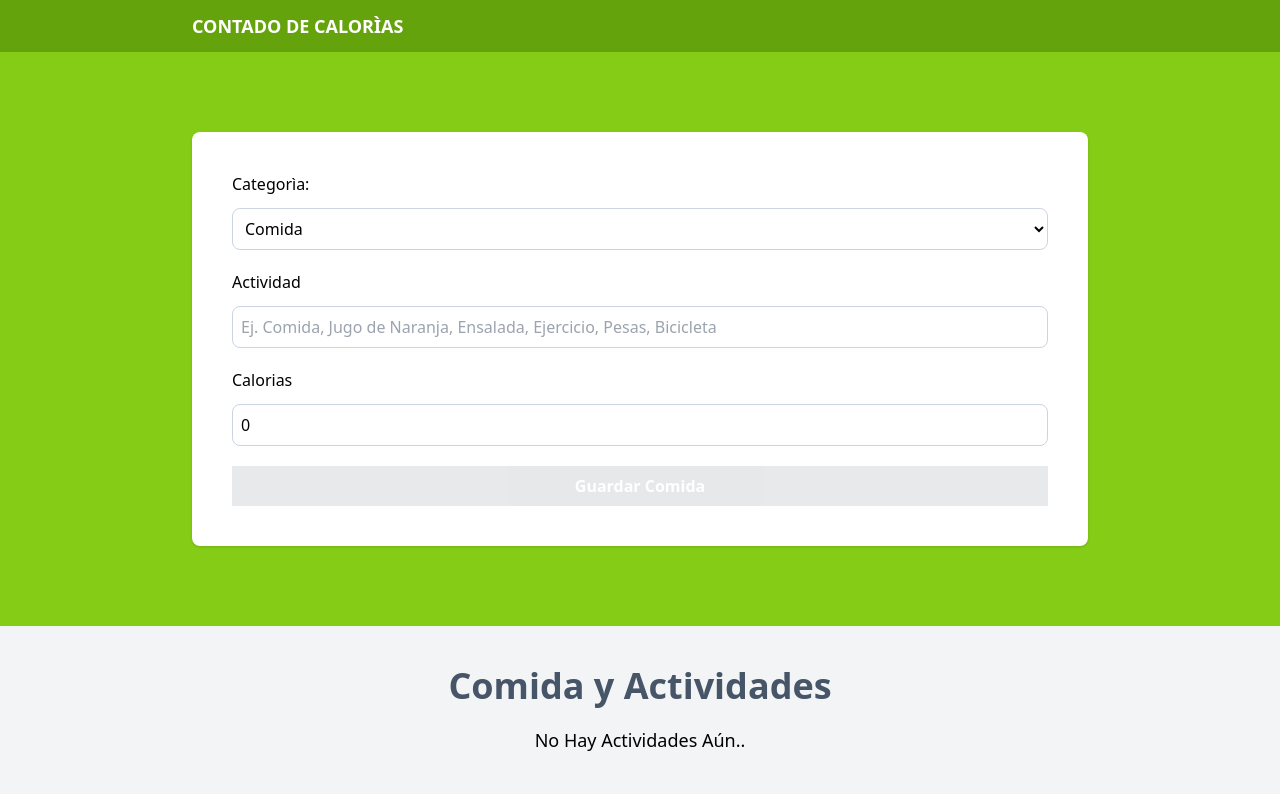
Repository: Matiiu/calorie-tracker
Page: /
The author's editor kept a copy of each file at every save. The page is drawn from the files as they stood at one save, then again after the next save.
The browser window is 1280 px wide. The pictures show the whole page.
The project was rebuilt for these pictures with package versions that can differ from the ones it lists, and the page was loaded fresh each time. Also part of the build but not shown: vite.config.ts.

Above is the page before, as saved 2024-04-01 17:57:21.

### index.html
<!doctype html>
<html lang="en">
  <head>
    <meta charset="UTF-8" />
    <link rel="icon" type="image/svg+xml" href="/vite.svg" />
    <meta name="viewport" content="width=device-width, initial-scale=1.0" />
    <title>Contador de Calorías - React</title>
  </head>
  <body>
    <div id="root"></div>
    <script type="module" src="/src/main.tsx"></script>
  </body>
</html>

### src/App.tsx
import { useReducer } from "react";

import Header from "./components/Header";
import Form from "./components/Form";
import ActivityList from "./components/ActivityList";

import { activityReducer, initialState } from "./reducers/activityReducer";
export default function App() {
  const [state, dispatch] = useReducer(activityReducer, initialState);

  return (
    <>
      <Header />

      <section className="bg-lime-500 py-20 px-5">
        <div className="max-w-4xl mx-auto">
          <Form
            dispatch={dispatch}
            state={state}
          />
        </div>
      </section>

      <section className="py-10 bg-gray-100">
        <div className="mx-auto max-w-4xl">
          <ActivityList
            activities={state.activities}
            dispatch={dispatch}
          />
        </div>
      </section>
    </>
  );
}

### src/components/Header.tsx
export default function Header() {
  return (
    <header className="bg-lime-600 py-3">
      <div className="max-w-4xl mx-auto flex justify-between">
        <h1 className="text-center text-lg font-bold text-white uppercase">
          Contado de Calorìas
        </h1>
      </div>
    </header>
  );
}

### src/components/Form.tsx
import { useState, ChangeEvent, FormEvent, Dispatch, useEffect } from "react";
import { v4 as uuid } from "uuid";

import { categories } from "../data/categories";
import type { Activity, Category } from "../types";
import { ActivityActions, ActivityState } from "../reducers/activityReducer";

type FormProps = {
  dispatch: Dispatch<ActivityActions>;
  state: ActivityState;
};

export default function Form({ dispatch, state }: FormProps) {
  const initialState: Activity = {
    id: uuid(),
    category: 1,
    activityName: "",
    calories: 0,
  };

  // Convertimos las calorías en un objeto donde el id en la llave y el nombre el valor
  const categoriesObject = categories.reduce(
    (accumulator: Record<Category["id"], Category["name"]>, current) => {
      accumulator[current.id] = current.name;
      return accumulator;
    },
    {}
  );

  const [activity, setActivity] = useState<Activity>({ ...initialState });

  useEffect(() => {
    if (state.activeId) {
      const selectActivities: Activity = state.activities.filter(
        stateActivity => stateActivity.id === state.activeId
      )[0];
      setActivity(selectActivities);
    }
  }, [state.activeId]);

  const handleChange = (
    e: ChangeEvent<HTMLInputElement | HTMLSelectElement>
  ) => {
    // Validamos si es un campo numérico
    const isNumberFiled = ["category", "calories"].includes(e.target.id);
    // Si lo es convertimos el dato a numérico
    setActivity({
      ...activity,
      [e.target.id]: isNumberFiled ? +e.target.value : e.target.value,
    });
  };

  const isValidateActivity = () => {
    const { activityName, calories } = activity;
    // Validamos que el campo actividad y calorías estén diligenciados
    return !!(activityName || "").trim() && calories > 0;
  };

  const nameSubmit = () => {
    // Accedemos a la posición llave de nuestro objeto categoriesObject con el valor de activity.category y retornamos el valor
    return `Guardar ${categoriesObject[activity.category]}`;
  };

  const handleSubmit = (e: FormEvent<HTMLFormElement>) => {
    e.preventDefault();
    dispatch({
      type: "save-activity",
      payload: { newActivity: activity },
    });
    // Limpiar el formulario una vez enviado
    setActivity({ ...initialState });
  };

  return (
    <form
      onSubmit={handleSubmit}
      className="space-y-5 bg-white shadow p-10 rounded-lg"
    >
      <div className="grid grid-cols-1 gap-3">
        <label htmlFor="category">Categorìa:</label>
        <select
          name="category"
          id="category"
          className="border border-slate-300 p-2 rounded-lg w-full bg-white"
          value={activity.category}
          onChange={handleChange}
        >
          {categories.map((category) => (
            <option key={category.id} value={category.id}>
              {category.name}
            </option>
          ))}
        </select>
      </div>

      <div className="grid grid-cols-1 gap-3">
        <label htmlFor="activityName">Actividad</label>
        <input
          id="activityName"
          name="activityName"
          type="text"
          className="border border-slate-300 p-2 rounded-lg"
          placeholder="Ej. Comida, Jugo de Naranja, Ensalada, Ejercicio, Pesas, Bicicleta"
          value={activity.activityName}
          onChange={handleChange}
        />
      </div>

      <div className="grid grid-cols-1 gap-3">
        <label htmlFor="calories">Calorias</label>
        <input
          id="calories"
          name="calories"
          type="number"
          className="border border-slate-300 p-2 rounded-lg"
          placeholder="Ej. 300 o 500"
          min={0}
          value={activity.calories}
          onChange={handleChange}
        />
      </div>

      <input
        type="submit"
        className="bg-gray-800 hover:bg-gray-900 w-full p-2 font-bold text-white cursor-pointer disabled:opacity-10 disabled:cursor-auto"
        value={nameSubmit()}
        disabled={!isValidateActivity()}
      />
    </form>
  );
}

### src/components/ActivityList.tsx
import { Dispatch, useMemo } from "react";

import { PencilSquareIcon, XCircleIcon } from "@heroicons/react/24/outline";

import type { Activity, Category } from "../types";
import { categories } from "../data/categories";
import { ActivityActions } from "../reducers/activityReducer";

type ActivityListprops = {
  activities: Activity[];
  dispatch: Dispatch<ActivityActions>;
};

export default function ActivityList({
  activities,
  dispatch,
}: ActivityListprops) {
  // Convertimos las calorías en un objeto donde el id en la llave y el nombre el valor
  const categoriesObject = categories.reduce(
    (accumulator: Record<Category["id"], Category["name"]>, current) => {
      accumulator[current.id] = current.name;
      return accumulator;
    },
    {}
  );

  const activitiesAreEmpty = useMemo(() =>  !activities.length ,[activities]);

  const categoryName = (id: Category["id"]) => {
    // Accedemos a la posición llave de nuestro objeto categoriesObject con el valor de activity.category y retornamos el valor
    return categoriesObject[id];
  };

  const handleRemove = (id: Activity["id"]) => {
    const cancelConfirmation = window.confirm(
      "¿Estás seguro de que deseas eliminar la actividad?"
    );

    if (cancelConfirmation) {
      dispatch({ type: "delete-activity", payload: { id } });
    }
  };

  return (
    <>
      <h2 className="text-4xl font-bold text-slate-600 text-center">
        Comida y Actividades
      </h2>

      {activitiesAreEmpty ? (
        <p className="text-center mt-5 text-lg">No Hay Actividades Aún..</p>
      ) : (
        activities.map((activity) => (
          <div
            key={activity.id}
            className="px-5 py-10 bg-white mt-5 flex justify-between"
          >
            <div className="space-y-2 relative">
              <p
                className={`absolute -top-8 -left-8 px-10 py-2 text-white uppercase font-bold ${
                  activity.category === 1 ? "bg-lime-500" : "bg-orange-500"
                }`}
              >
                {categoryName(activity.category)}
              </p>
              <p className="text-2xl font-bold pt-5">{activity.activityName}</p>
              <p className="font-black text-4xl text-lime-500">
                {" "}
                {activity.calories}
              </p>
            </div>

            <div className="flex gap-5 items-center">
              <button
                onClick={() =>
                  dispatch({
                    type: "set-activeId",
                    payload: { id: activity.id },
                  })
                }
              >
                <PencilSquareIcon className="h-8 w-8 text-gray-800" />
              </button>

              <button onClick={() => handleRemove(activity.id)}>
                <XCircleIcon className="h-8 w-8 text-red-500" />
              </button>
            </div>
          </div>
        ))
      )}
    </>
  );
}

### src/reducers/activityReducer.ts
import type { Activity } from "../types";

export type ActivityActions =
  | { type: "save-activity"; payload: { newActivity: Activity } }
  | { type: "set-activeId"; payload: { id: Activity["id"] } }
  | { type: "delete-activity"; payload: { id: Activity["id"] } };

export type ActivityState = {
  activities: Activity[];
  activeId: Activity["id"];
};

export const initialState: ActivityState = {
  activities: [],
  activeId: "",
};

export function activityReducer(
  state: ActivityState = initialState,
  action: ActivityActions
) {
  if (action.type === "save-activity") {
    let updateActivities: Activity[] = [];
    if (state.activeId) {
      updateActivities = state.activities.map((activity) =>
        activity.id === state.activeId ? action.payload.newActivity : activity
      );
    } else {
      updateActivities = [...state.activities, action.payload.newActivity];
    }
    return {
      ...state,
      activities: updateActivities,
      activeId: "",
    };
  }

  if (action.type === "set-activeId") {
    return {
      ...state,
      activeId: action.payload.id,
    };
  }

  if (action.type === "delete-activity") {
    return {
      ...state,
      activities: state.activities.filter(
        (activity) => activity.id !== action.payload.id
      ),
    };
  }

  return state;
}

### src/data/categories.ts
import { Category } from "../types";

export const categories: Category[] = [
  { id: 1, name: "Comida" },
  { id: 2, name: "Ejercicio" },
];

Loaded but not shown: src/main.tsx (common file); src/index.css (common file); tailwind.config.js (common file)

After the next save:
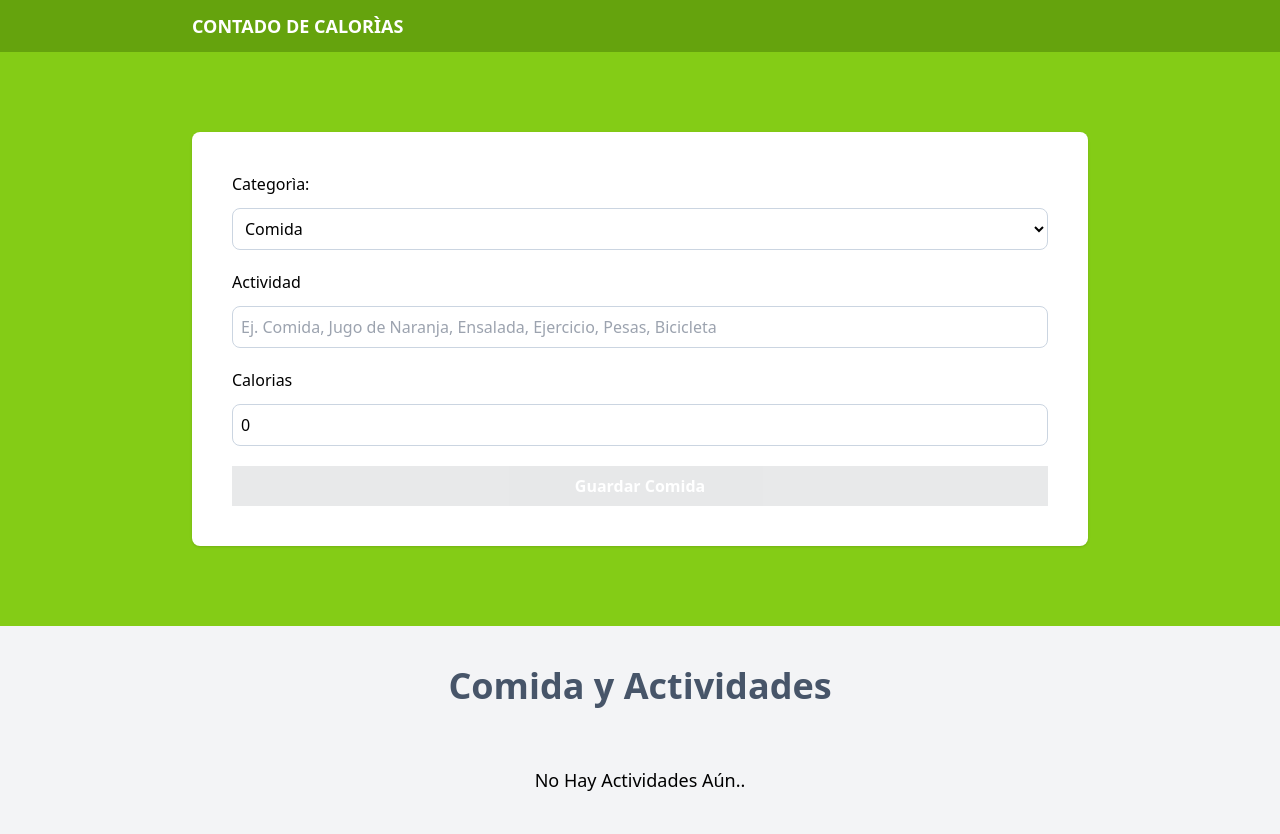
Saved 5 s later.
--- a/src/components/ActivityList.tsx
+++ b/src/components/ActivityList.tsx
@@ -48,7 +48,7 @@ export default function ActivityList({
       </h2>
 
       {activitiesAreEmpty ? (
-        <p className="text-center mt-5 text-lg">No Hay Actividades Aún..</p>
+        <p className="text-center pt-10 mt-5 text-lg">No Hay Actividades Aún..</p>
       ) : (
         activities.map((activity) => (
           <div
